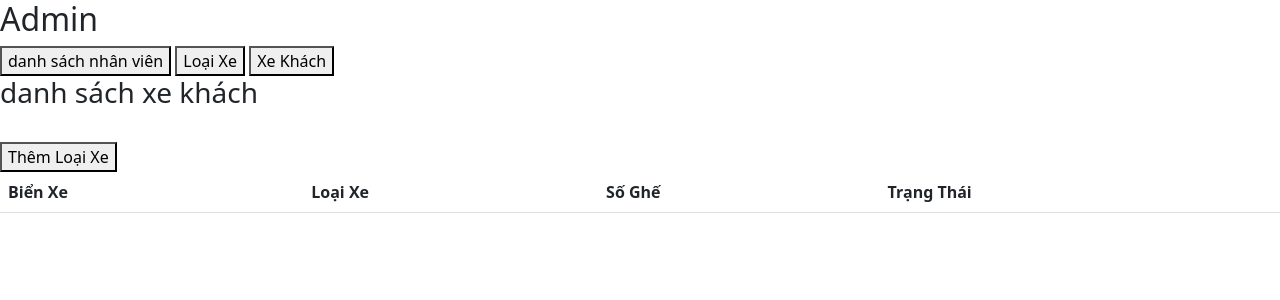
Repository: QuanghuyK1/CNPM
Page: http://localhost/CNPM/WEB-INF/views/xekhach/danhsach.jsp
The author's editor kept a copy of each file at every save. The page is drawn from the files as they stood at one save, then again after the next save.
The browser window is 1280 px wide. The pictures show the whole page.
The page is served by Tomcat 9. Nobody is signed in. Other server files are loaded and not shown. The template is opened directly, without the code that normally fills it, so the values that code supplies are empty.

Above is the page before, as saved 2022-04-25 05:31:05.

### CNPM-main/WebXeKhach/CNPM/src/main/webapp/WEB-INF/views/xekhach/danhsach.jsp
<%@ page language="java" contentType="text/html; charset=utf-8"
	pageEncoding="utf-8"%>
<%@ taglib uri="http://java.sun.com/jsp/jstl/core" prefix="c"%>
<%@taglib uri="http://www.springframework.org/tags/form" prefix="form"%>
<!DOCTYPE html>
<html>
<head>
<meta charset="utf-8">
<title>Insert title here</title>
<link
	href="https://cdn.jsdelivr.net/npm/bootstrap@5.1.3/dist/css/bootstrap.min.css"
	rel="stylesheet"
	integrity="sha384-1BmE4kWBq78iYhFldvKuhfTAU6auU8tT94WrHftjDbrCEXSU1oBoqyl2QvZ6jIW3"
	crossorigin="anonymous">
</head>
<body>
	<form:form>
		<h2>Admin</h2>
		<button type="submit" formaction="/CNPM/admin/back.htm">danh
			sách nhân viên</button>
		<button type="submit" formaction="/CNPM/admin/back1.htm">Loại
			Xe</button>
		<button type="submit" formaction="/CNPM/admin/back2.htm">Xe
			Khách</button>
		<h3>danh sách xe khách</h3>
		<br>
		<button name="Insert">Thêm Loại Xe</button>
		<table class="table">
		<thead>
			<tr>
				<th scope="col">Biển Xe</th>
				<th scope="col">Loại Xe</th>
				<th scope="col">Số Ghế</th>
				<th scope="col">Trạng Thái</th>
			</tr>
		</thead>
		<tbody>
			<c:forEach items="${list}" var="i">
					<tr>
						<th>${i.bienXe }</a></th>
						<th>${i.lx.tenLX}</th>
						<th>${i.seat }</th>
						<c:choose>
							<c:when test="${i.trangThai == true }"><th>Đang Hoạt Động<th></c:when>
							<c:when test="${i.trangThai == false }"><th>Đã Dừng Hoạt Động<th></c:when>
						</c:choose>
					</tr>
			</c:forEach>
		</tbody>
	</table>
	</form:form>
</body>
</html>

After the next save:
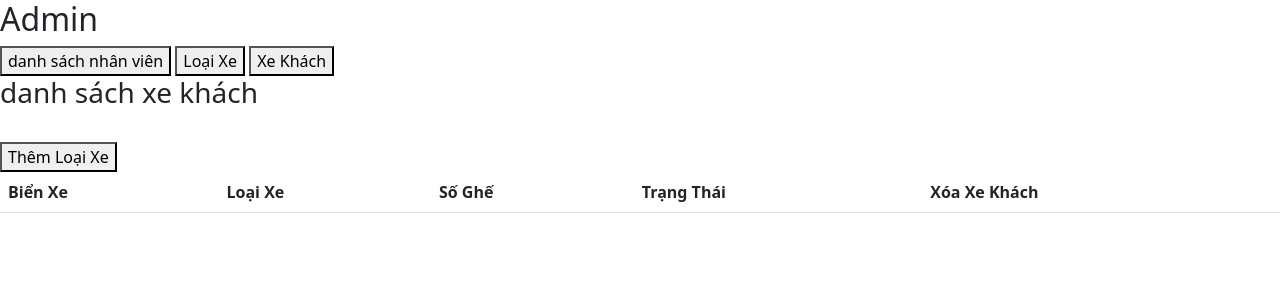
Saved 52 s later.
--- a/CNPM-main/WebXeKhach/CNPM/src/main/webapp/WEB-INF/views/xekhach/danhsach.jsp
+++ b/CNPM-main/WebXeKhach/CNPM/src/main/webapp/WEB-INF/views/xekhach/danhsach.jsp
@@ -32,6 +32,7 @@
 				<th scope="col">Loại Xe</th>
 				<th scope="col">Số Ghế</th>
 				<th scope="col">Trạng Thái</th>
+				<th scope="col">Xóa Xe Khách</th>
 			</tr>
 		</thead>
 		<tbody>
